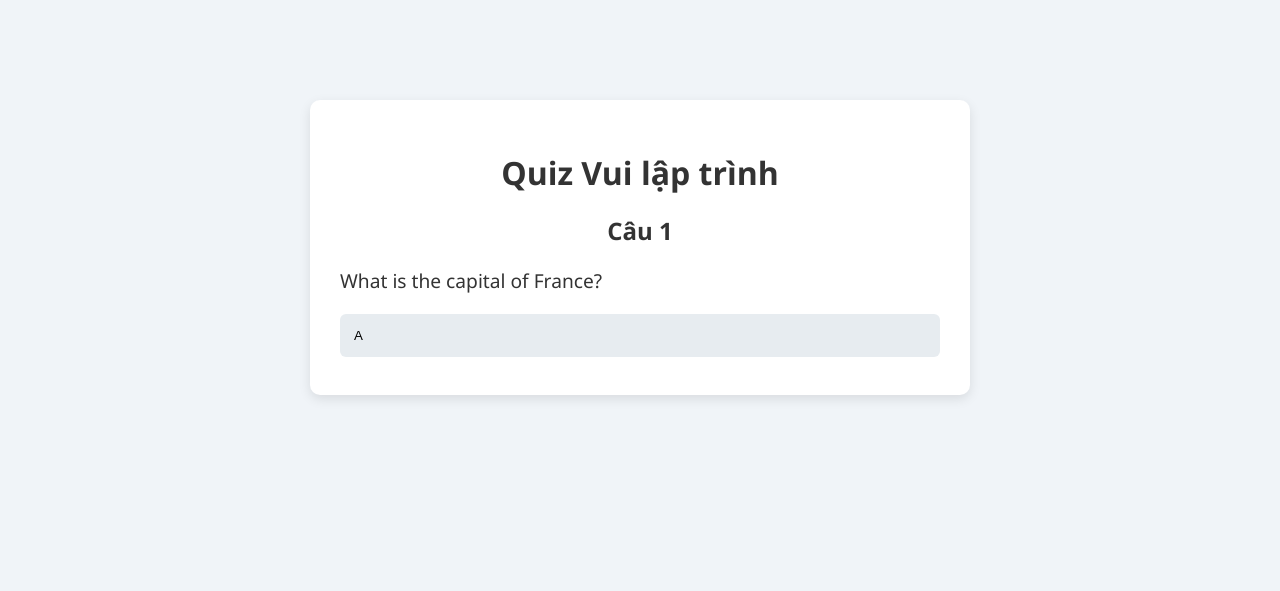
Repository: HuynhPPP/Quiz_App
Page: /
These files come from the project's save history. The page is drawn as it stood at one moment and after the next save; the edit follows.
The browser window is 1280 px wide. The pictures show the whole page.
The project was rebuilt for these pictures with package versions that can differ from the ones it lists, and the page was loaded fresh each time. Also part of the build but not shown: vite.config.js.

Above is the page before, as saved 2025-09-26 14:31:23.

After the next save:
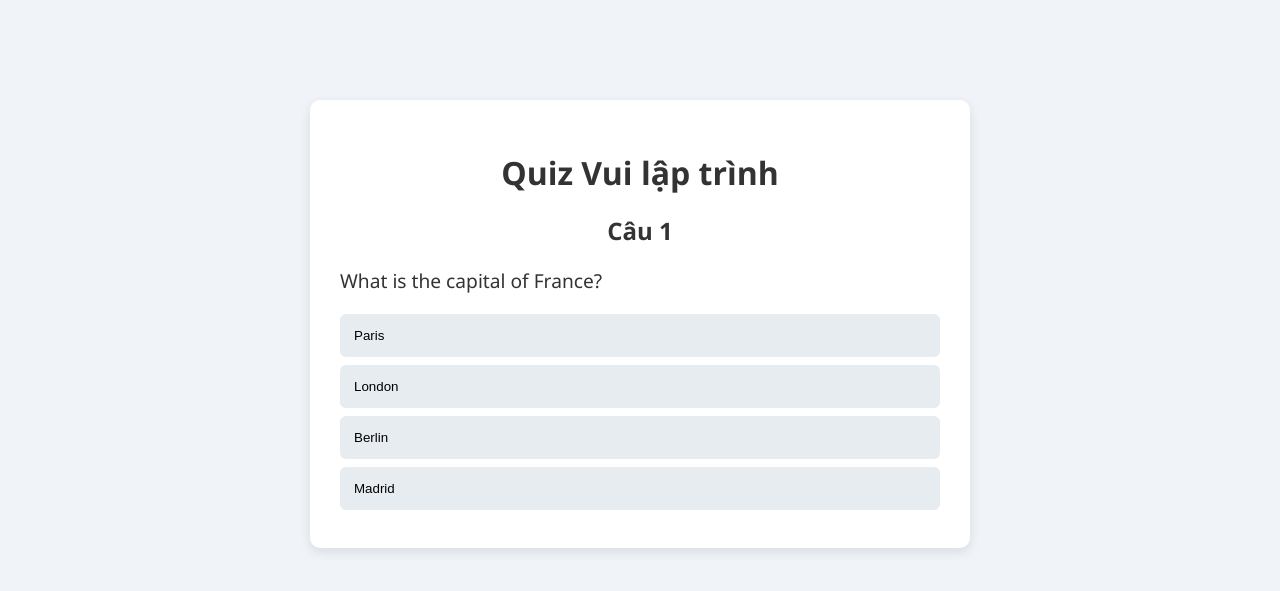
Saved 39 s later.
--- a/src/components/Quiz.jsx
+++ b/src/components/Quiz.jsx
@@ -34,7 +34,10 @@ const Quiz = () => {
     <div>
         <h2>Câu 1</h2>
         <p className='question'>{quizData[0].question}</p>
-        <button className='option'>A</button>
+
+        {quizData[0].options.map((option, index) => (
+            <button key={index} className='option'>{option}</button>
+        ))}
     </div>
   )
 }
